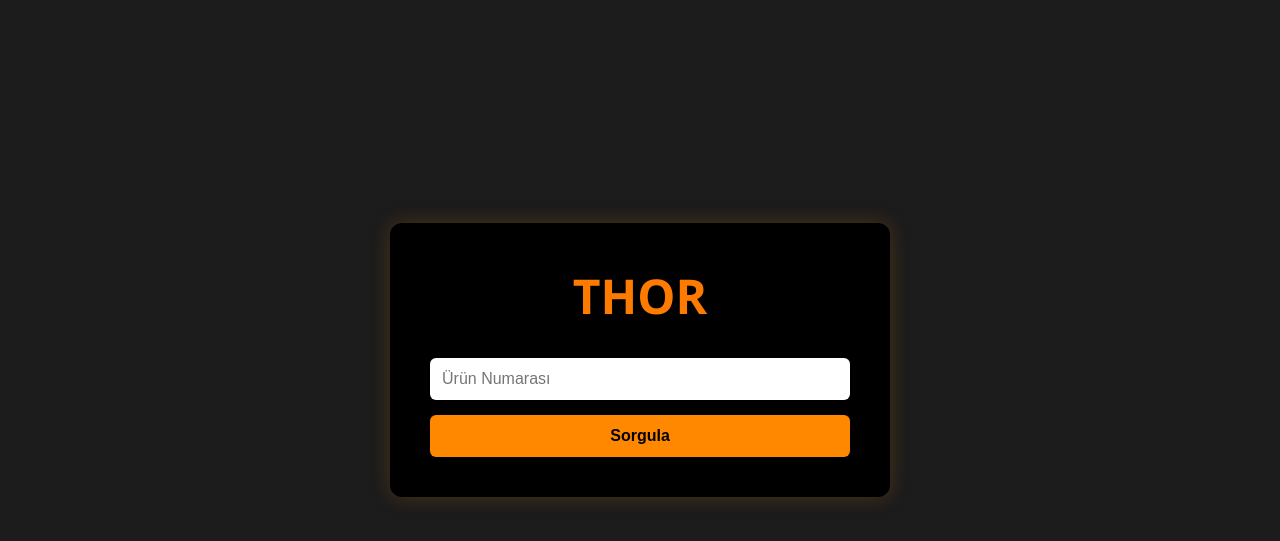
Repository: emrehendemoglu/warranty-inquiry
Page: http://localhost/
These files come from the project's save history. The page is drawn as it stood at one moment and after the next save; the edit follows.
The browser window is 1280 px wide. The pictures show the whole page.
The page is served by the project's application, run on Flask 3 (app.py).

Above is the page before, as saved 2025-07-21 16:06:42.

After the next save:
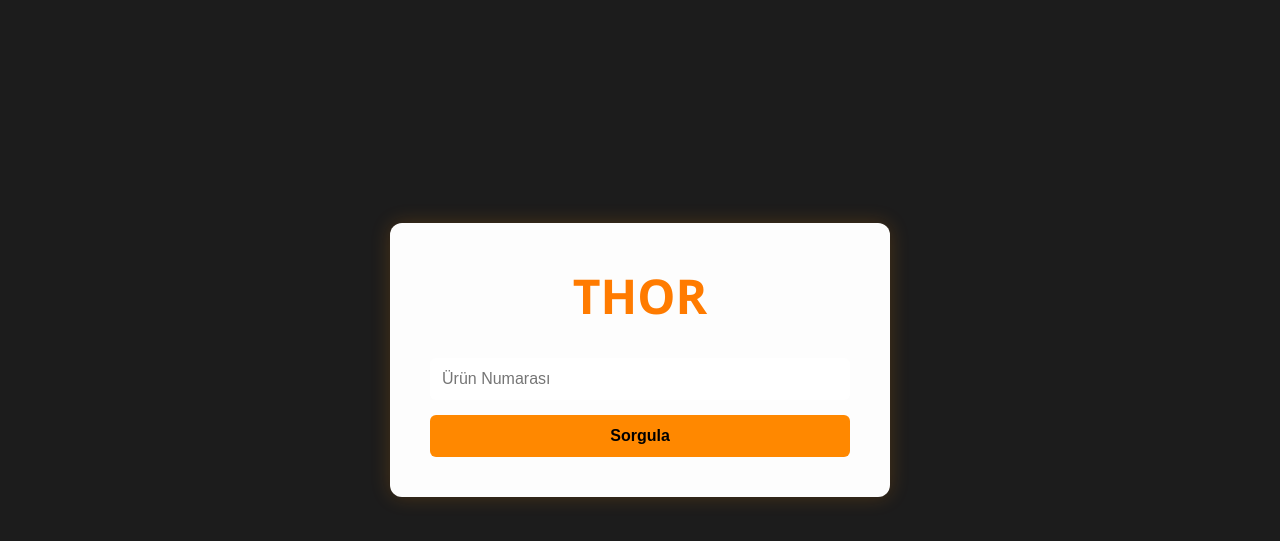
Saved 7 s later.
--- a/templates/index.html
+++ b/templates/index.html
@@ -23,7 +23,7 @@
         .container {
             text-align: center;
             padding: 40px;
-            background-color: #000;
+            background-color: #fdfdfd;
             border-radius: 12px;
             box-shadow: 0 0 20px rgba(255, 140, 0, 0.2);
             width: 90%;

After the save that followed:
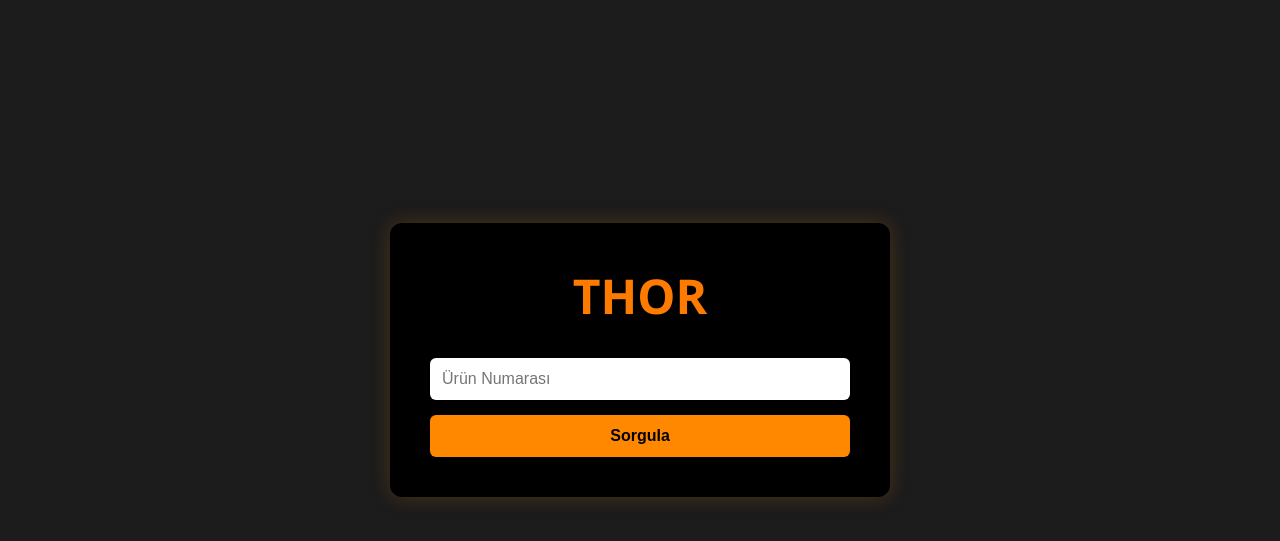
Saved 7 s later.
--- a/templates/index.html
+++ b/templates/index.html
@@ -23,7 +23,7 @@
         .container {
             text-align: center;
             padding: 40px;
-            background-color: #fdfdfd;
+            background-color: #000;
             border-radius: 12px;
             box-shadow: 0 0 20px rgba(255, 140, 0, 0.2);
             width: 90%;
